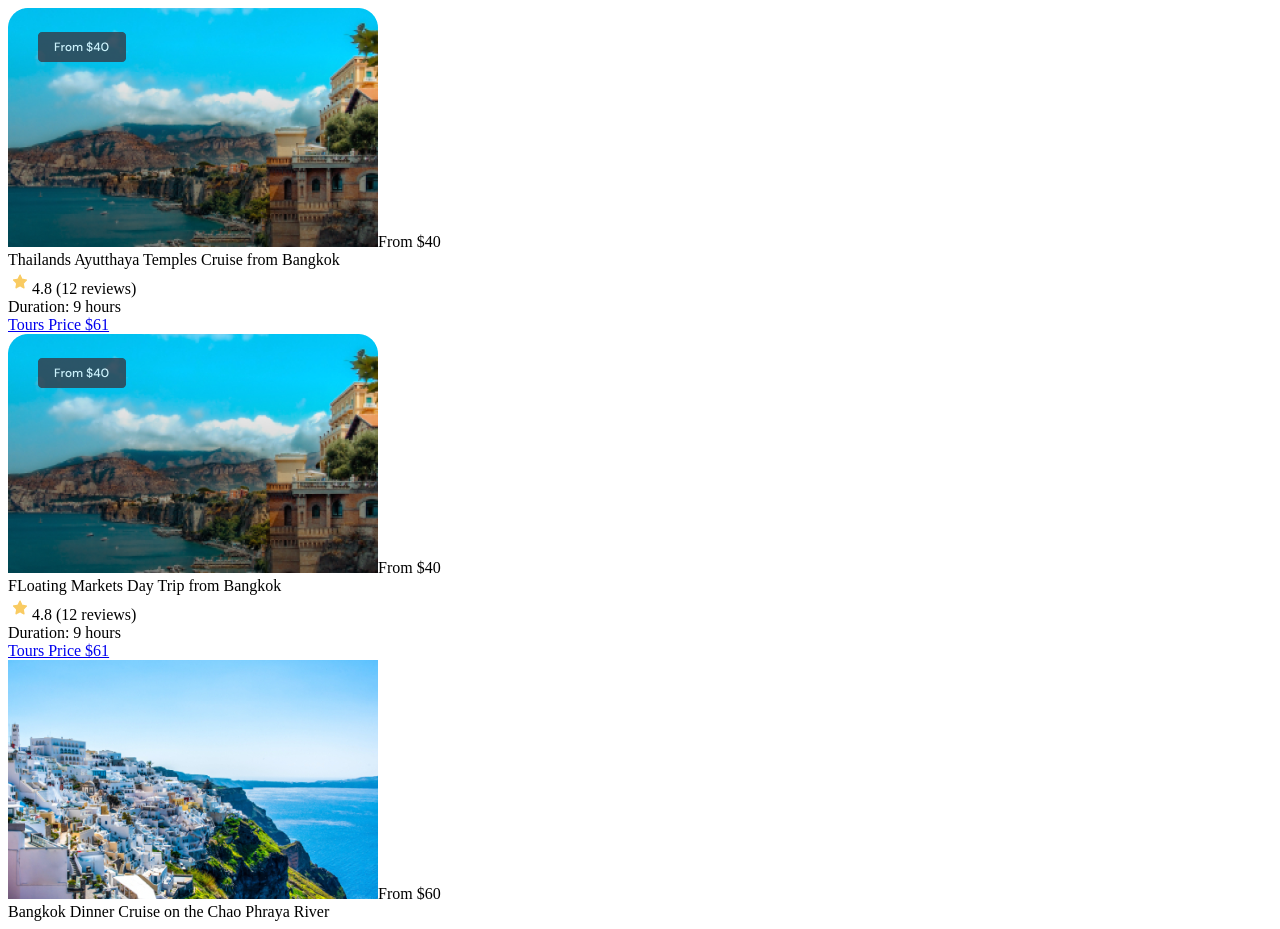
Repository: nguyentuankiet-k61/K_IT-demo
Page: index.html
These files come from the project's save history. The page is drawn as it stood at one moment and after the next save; the edit follows.
The browser window is 1280 px wide. The pictures show the whole page.

Above is the page before, as saved 2022-09-23 17:58:45.

### index.html
<!DOCTYPE html>
<html lang="en">
<head>
    <meta charset="UTF-8">
    <meta http-equiv="X-UA-Compatible" content="IE=edge">
    <meta name="viewport" content="width=device-width, initial-scale=1.0">
    <title>HTML CSS Master</title>
    <link rel="stylesheet" href="./CSS/app.css">
</head>
<body>
 <div class="">
    <div class="Tours">
        <div class="Tours_top">
            <img src="./image/img1.png" alt="this_is_image"/>From $40
        </div>
        <div class="Tours_content">

            <div class="Tours_titlle">Thailands Ayutthaya Temples
                Cruise from Bangkok</div>

            <div class="Tours_ratting">
                <div class="Tours_review">
                    <div class="Tours_review_count">
                        <img src="./image/img-star.png" alt="tours-ratting"/>4.8 (12 reviews)
                    </div>
                    <div class="Tours_Duration">Duration: 9 hours</div>
                </div>
            </div>
            <a href="https://www.facebook.com/kutooo" target="noopener noreferrer" class="Tours-botton">Tours Price $61</a></br>
        <div class="Tours_top">
            <img src="./image/img1.png" alt="this_is_image"/>From $40
        </div>
        <div class="Tours_content">
            <div class="Tours_titlle">
                FLoating Markets Day Trip from
Bangkok
            </div>
            <div class="Tours_ratting">
                <div class="Tours_review_count">
                    <img src="./image/img-star.png" alt="tours-ratting"/>4.8 (12 reviews)

                </div>
                <div class="Tours_Duration">
                    Duration: 9 hours
                </div>
            </div>
            <a href="https://www.facebook.com/kutooo" target="noopener noreferrer" class="Tours_botton">Tours Price $61</a></br>
        </div>
        </div>
        <div class="Tours_top">
            <img src="./image/img3.png" alt="this_is_image"/>From $60
            <div class="Tours_content">
                <div class="Tours_titlle">
                    Bangkok Dinner Cruise on the
Chao Phraya River
                </div>
                <div class="Tours_ratting"></div>
                <div class="Tours-botton></div>
            </div>
        </div>
    </div>
 </div>
</body>
</html>

Loaded but not shown: CSS/app.css (no stored copy; drawn as an empty file)

After the next save:
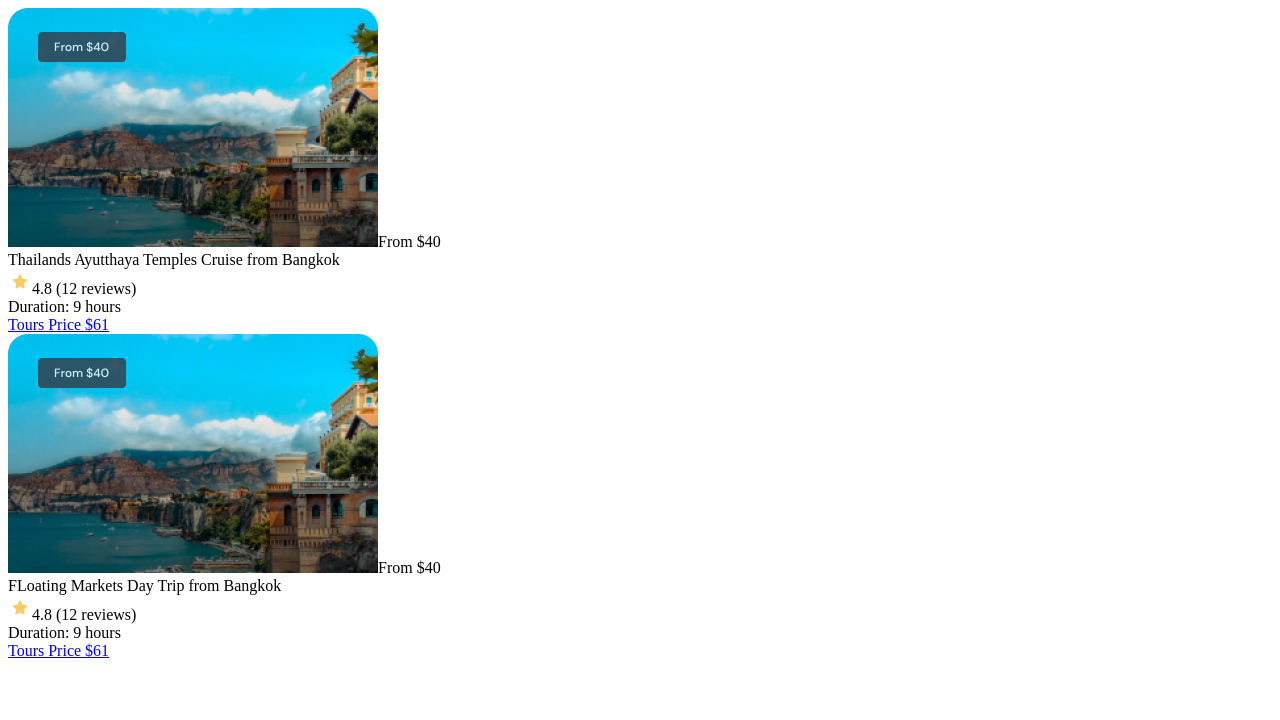
Saved 109 s later.
--- a/index.html
+++ b/index.html
@@ -47,7 +47,7 @@ Bangkok
             <a href="https://www.facebook.com/kutooo" target="noopener noreferrer" class="Tours_botton">Tours Price $61</a></br>
         </div>
         </div>
-        <div class="Tours_top">
+        <!-- <div class="Tours_top">
             <img src="./image/img3.png" alt="this_is_image"/>From $60
             <div class="Tours_content">
                 <div class="Tours_titlle">
@@ -57,7 +57,7 @@ Chao Phraya River
                 <div class="Tours_ratting"></div>
                 <div class="Tours-botton></div>
             </div>
-        </div>
+        </div> -->
     </div>
  </div>
 </body>
